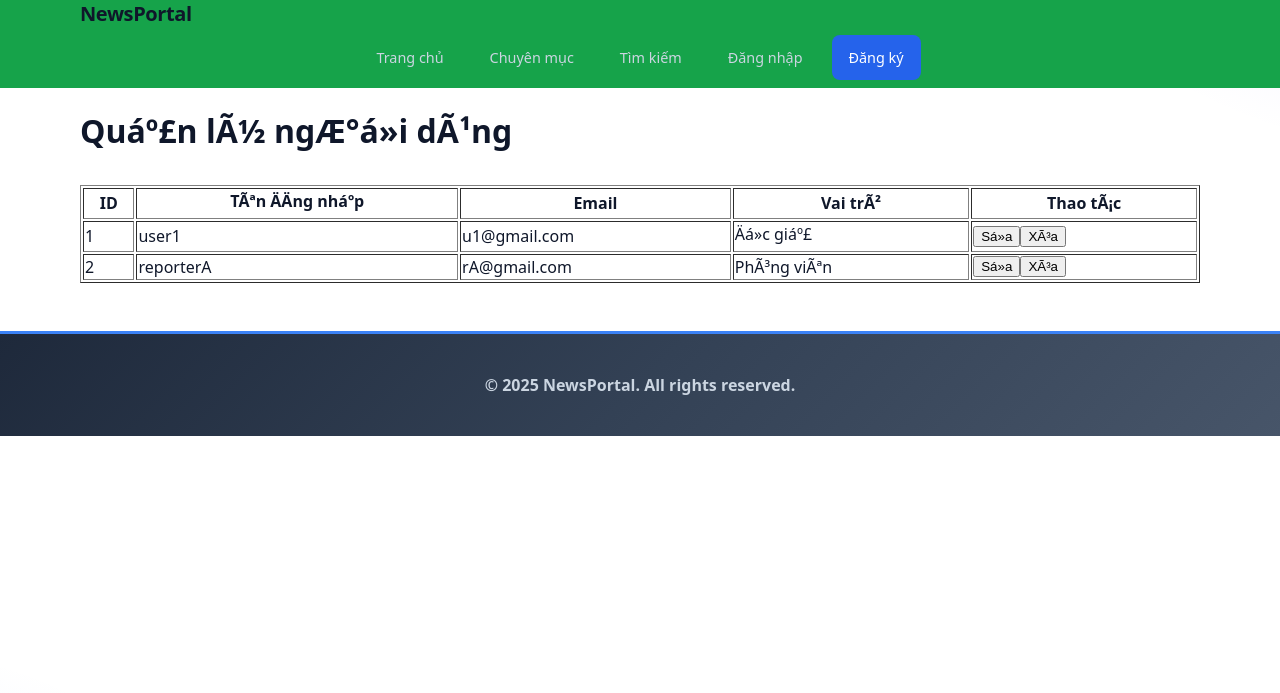
Repository: minhtvpy00202-git/Assignment_PY00202_MinhTV
Page: http://localhost/NewsPortal_PY00202/WEB-INF/views/admin/users.jsp
An editor plug-in stored every save of this project. The page is shown before and after the next save, followed by the edit.
The browser window is 1280 px wide. The pictures show the whole page.
The page is served by Tomcat 10. Nobody is signed in. Other server files are loaded and not shown. The template is opened directly, without the code that normally fills it, so the values that code supplies are empty.

Above is the page before, as saved 2025-09-28 01:09:53.

### Assignment_NewsPortal/NewsPortal_PY00202/src/main/webapp/WEB-INF/views/admin/users.jsp
<%@ include file="../layout/header.jsp" %>
<main class="container">
  <h1>Quản lý người dùng</h1>
  <table border="1" width="100%">
    <tr><th>ID</th><th>Tên đăng nhập</th><th>Email</th><th>Vai trò</th><th>Thao tác</th></tr>
    <tr><td>1</td><td>user1</td><td>u1@gmail.com</td><td>Độc giả</td>
        <td><button>Sửa</button><button>Xóa</button></td></tr>
    <tr><td>2</td><td>reporterA</td><td>rA@gmail.com</td><td>Phóng viên</td>
        <td><button>Sửa</button><button>Xóa</button></td></tr>
  </table>
</main>
<%@ include file="../layout/footer.jsp" %>

### Assignment_NewsPortal/NewsPortal_PY00202/src/main/webapp/WEB-INF/views/layout/header.jsp
<%@ page contentType="text/html; charset=UTF-8" pageEncoding="UTF-8"%>
<header class="site-header">
	<div class="container">
		<a class="logo" href="${pageContext.request.contextPath}/">NewsPortal</a>
		<nav class="main-nav">
			<a href="${pageContext.request.contextPath}/">Trang chủ</a> <a
				href="${pageContext.request.contextPath}/category">Chuyên mục</a> <a
				href="${pageContext.request.contextPath}/search">Tìm kiếm</a> <a
				href="${pageContext.request.contextPath}/login">Đăng nhập</a> <a
				class="btn" href="${pageContext.request.contextPath}/register">Đăng
				ký</a>
		</nav>
	</div>
</header>
<link rel="stylesheet"
	href="${pageContext.request.contextPath}/assets/css/style.css">

### Assignment_NewsPortal/NewsPortal_PY00202/src/main/webapp/WEB-INF/views/layout/footer.jsp
<%@ page contentType="text/html; charset=UTF-8" pageEncoding="UTF-8"%>
<footer class="site-footer">
	<div class="container">
		<p>&copy; 2025 NewsPortal. All rights reserved.</p>
	</div>
</footer>
<script src="${pageContext.request.contextPath}/assets/js/main.js"></script>

### Assignment_NewsPortal/NewsPortal_PY00202/src/main/webapp/WEB-INF/views/layout/admin-sidebar.jsp
<%@ page contentType="text/html; charset=UTF-8" pageEncoding="UTF-8"%>
<aside class="admin-sidebar">
	<nav>
		<a href="${pageContext.request.contextPath}/admin/dashboard">Dashboard</a>
		<a href="${pageContext.request.contextPath}/admin/users">Người
			dùng</a> <a href="${pageContext.request.contextPath}/admin/news-approve">Duyệt
			bài</a> <a href="${pageContext.request.contextPath}/admin/categories">Chuyên
			mục</a> <a href="${pageContext.request.contextPath}/admin/settings">Cấu
			hình</a>
	</nav>
</aside>

Loaded but not shown: Assignment_NewsPortal/NewsPortal_PY00202/src/main/webapp/assets/js/main.js (common file); Assignment_NewsPortal/NewsPortal_PY00202/src/main/webapp/assets/css/style.css (1671 lines, source omitted)

After the next save:
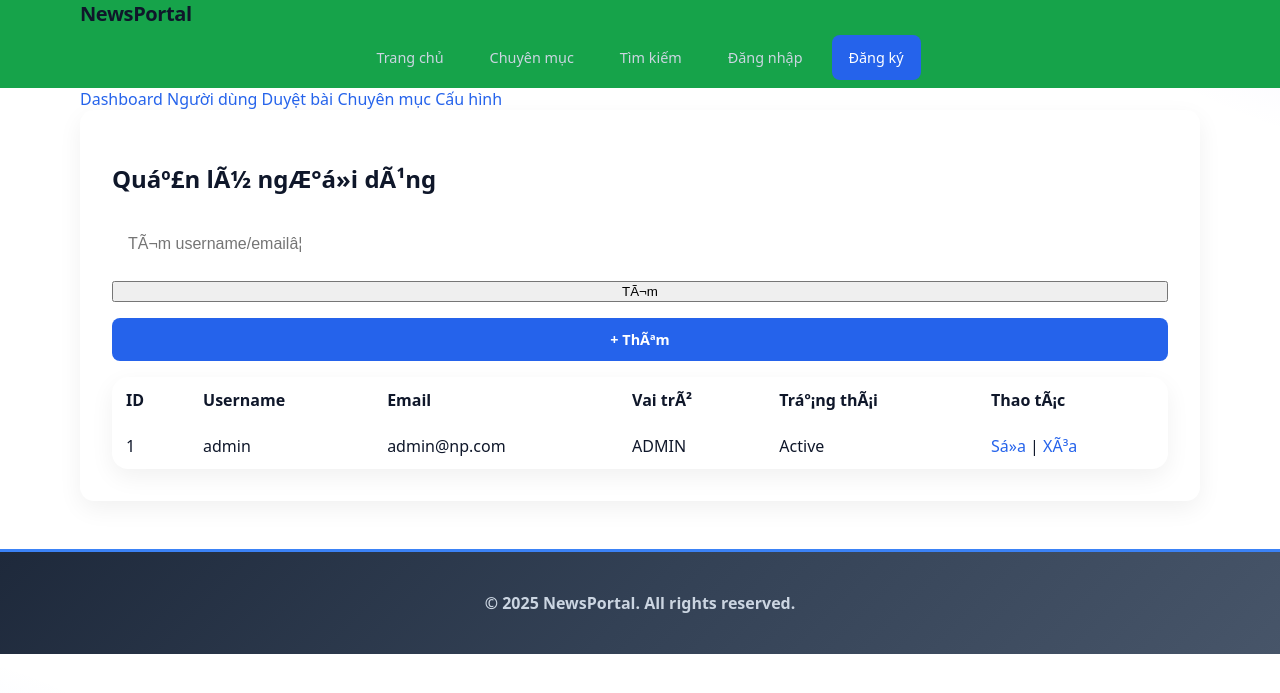
Saved 10 s later.
--- a/Assignment_NewsPortal/NewsPortal_PY00202/src/main/webapp/WEB-INF/views/admin/users.jsp
+++ b/Assignment_NewsPortal/NewsPortal_PY00202/src/main/webapp/WEB-INF/views/admin/users.jsp
@@ -1,12 +1,17 @@
-<%@ include file="../layout/header.jsp" %>
-<main class="container">
-  <h1>Quản lý người dùng</h1>
-  <table border="1" width="100%">
-    <tr><th>ID</th><th>Tên đăng nhập</th><th>Email</th><th>Vai trò</th><th>Thao tác</th></tr>
-    <tr><td>1</td><td>user1</td><td>u1@gmail.com</td><td>Độc giả</td>
-        <td><button>Sửa</button><button>Xóa</button></td></tr>
-    <tr><td>2</td><td>reporterA</td><td>rA@gmail.com</td><td>Phóng viên</td>
-        <td><button>Sửa</button><button>Xóa</button></td></tr>
-  </table>
+<%@ include file="/WEB-INF/views/layout/header.jsp" %>
+<main class="container with-aside">
+  <%@ include file="/WEB-INF/views/layout/admin-sidebar.jsp" %>
+  <section class="content">
+    <h1>Quản lý người dùng</h1>
+    <form class="form inline" action="${pageContext.request.contextPath}/admin/users/search" method="get">
+      <input name="q" placeholder="Tìm username/email…"><button>Tìm</button>
+      <a class="btn" href="${pageContext.request.contextPath}/admin/users/create">+ Thêm</a>
+    </form>
+    <table class="table">
+      <tr><th>ID</th><th>Username</th><th>Email</th><th>Vai trò</th><th>Trạng thái</th><th>Thao tác</th></tr>
+      <tr><td>1</td><td>admin</td><td>admin@np.com</td><td>ADMIN</td><td>Active</td>
+          <td><a href="#">Sửa</a> | <a href="#">Xóa</a></td></tr>
+    </table>
+  </section>
 </main>
-<%@ include file="../layout/footer.jsp" %>
+<%@ include file="/WEB-INF/views/layout/footer.jsp" %>
